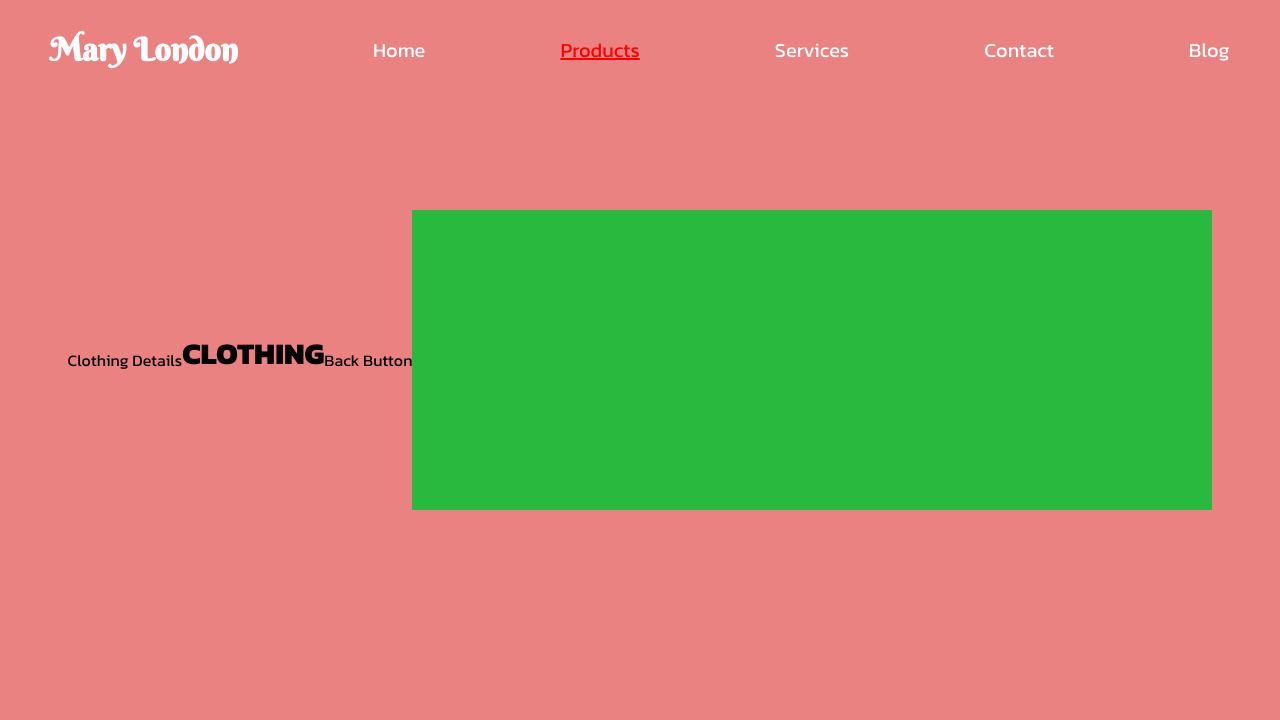
Repository: Habeebur1493/test2
Page: /products/clothing
These files come from the project's save history. The page is drawn as it stood at one moment and after the next save; the edit follows.
The browser window is 1280 px wide. The pictures show the whole page.
The project was rebuilt for these pictures with package versions that can differ from the ones it lists, and the page was loaded fresh each time. Also part of the build but not shown: vite.config.js, src/Frontend/Loader/loaderstyle.css, src/Frontend/Firstpage/Home.jsx, src/Frontend/Firstpage/Products.jsx, src/Frontend/Firstpage/Services.jsx, src/Frontend/Firstpage/Contact.jsx, src/Frontend/Firstpage/Blog.jsx.

Above is the page before, as saved 2024-12-28 20:45:00.

After the next save:
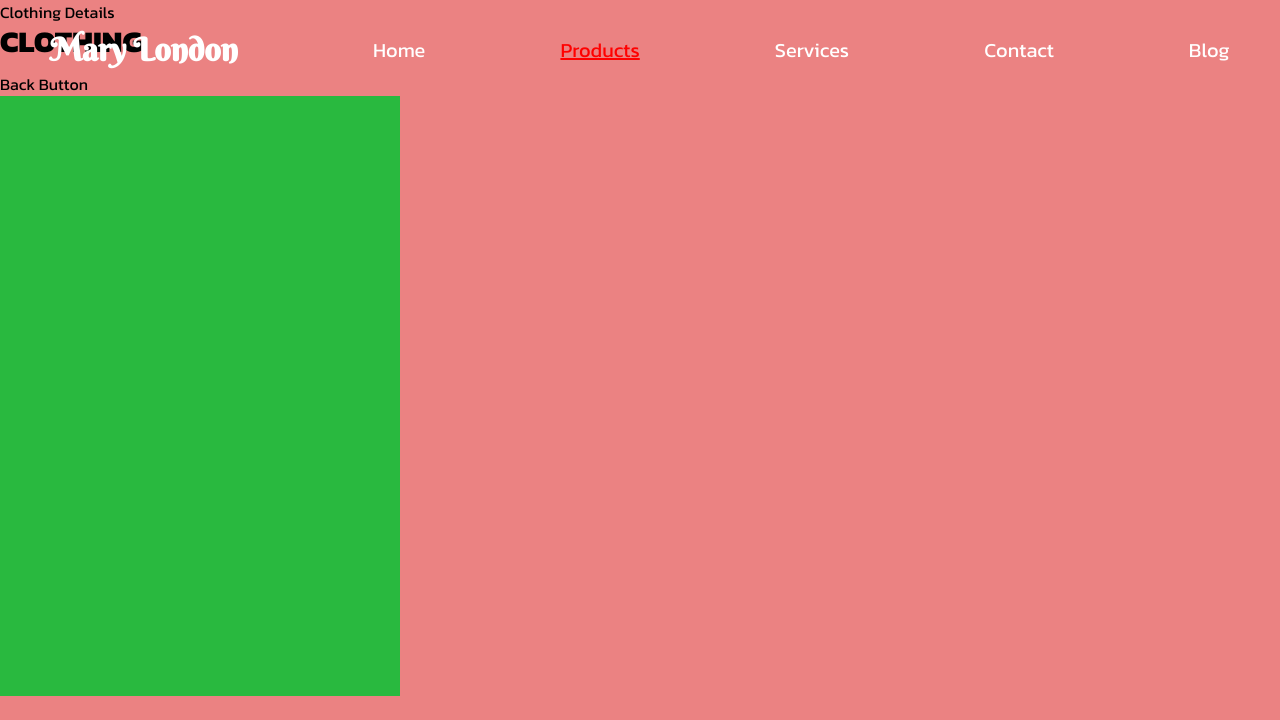
Saved 41 s later.
--- a/src/Frontend/Firstpage/page1.css
+++ b/src/Frontend/Firstpage/page1.css
@@ -208,11 +208,6 @@ nav h1{
 
 
   .container1{
-    display: flex;
-    justify-content: center;
-    align-items: center;
-    height: 100vh;
-    width: 100%;
 
   }
 
